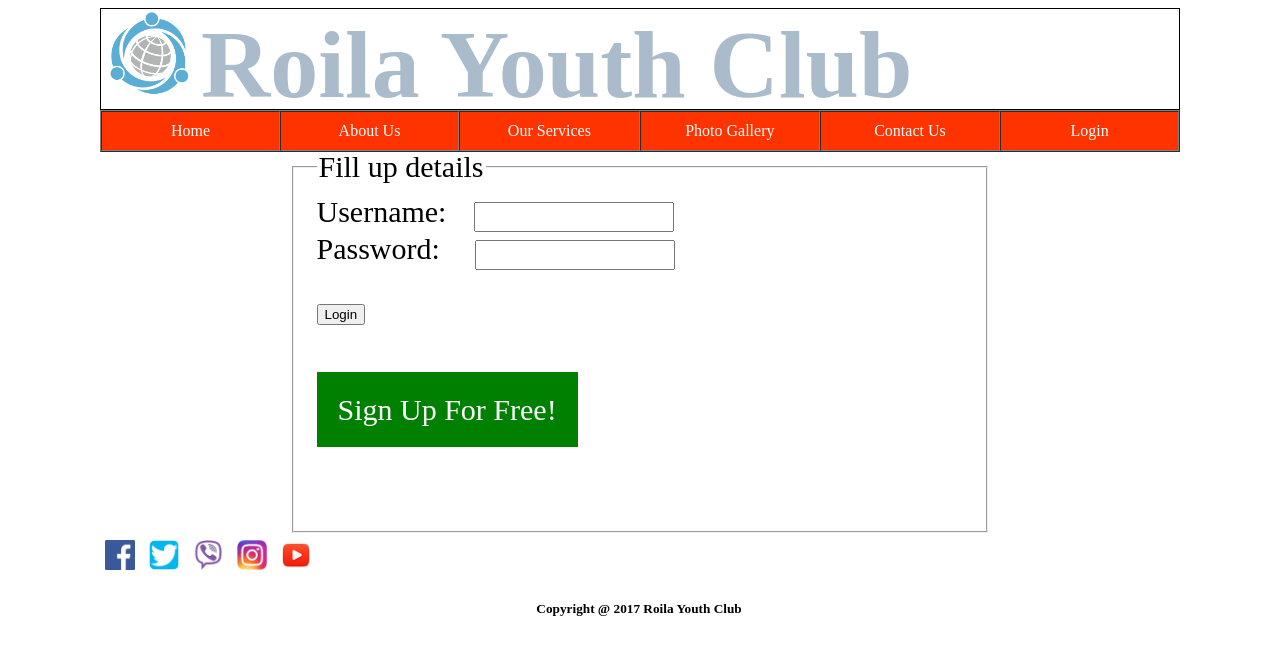
Repository: Davidchuks96/Social-Club
Page: login.html
The author's editor kept a copy of each file at every save. The page is drawn from the files as they stood at one save, then again after a run of saves.
The browser window is 1280 px wide. The pictures show the whole page.

Above is the page before, as saved 2021-02-22 17:35:55.

After the next 2 saves:
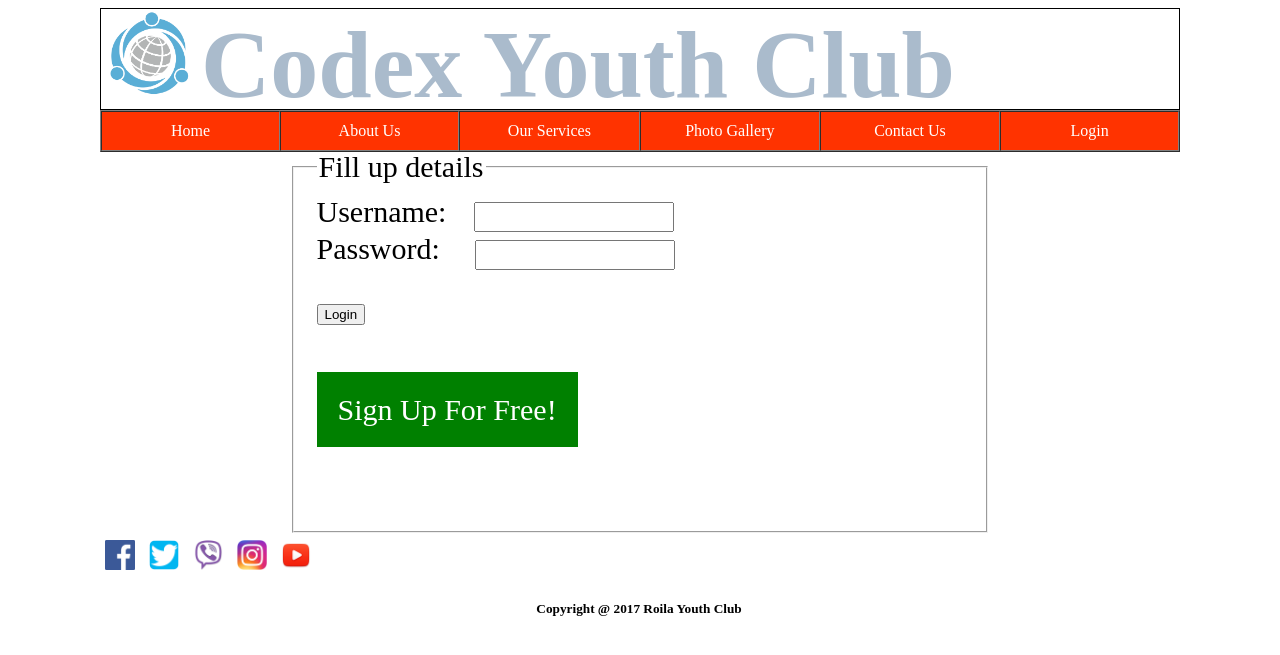
The 2 saves are shown as one change because they came seconds apart.
The last was saved 14 s later.
--- a/login.html
+++ b/login.html
@@ -51,7 +51,7 @@ color:red;
 <a href="new.html">
 <!-- href is used for linking page address -->
 <img src="images/logo.png" width="100px" ></a>
-<font size="20" color="#abc"><h1> Roila Youth Club</h1></font>
+<font size="20" color="#abc"><h1> Codex Youth Club</h1></font>
 
 
 
